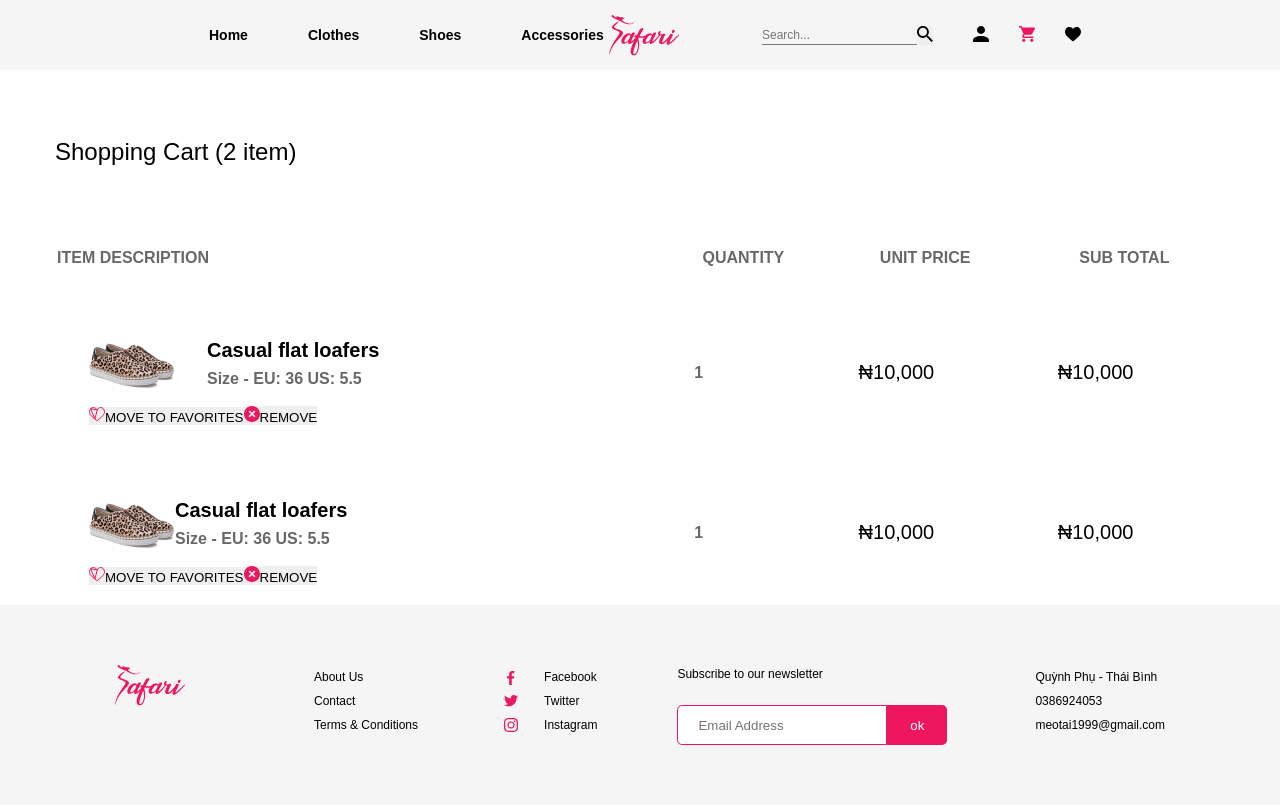
Repository: tboy1999/safari
Page: views/cart.html
The author's editor kept a copy of each file at every save. The page is drawn from the files as they stood at one save, then again after the next save.
The browser window is 1280 px wide. The pictures show the whole page.
Some web libraries are served in a nearby version. The style sheet was rebuilt from its Sass, Less or Tailwind sources for each picture, by a compiler version that may differ from the author's.

Above is the page before, as saved 2022-04-28 13:44:14.

### views/cart.html
<!DOCTYPE html>
<html lang="en">
<head>
  <meta charset="UTF-8">
  <meta http-equiv="X-UA-Compatible" content="IE=edge">
  <meta name="viewport" content="width=device-width, initial-scale=1.0">
  <title>cart safari</title>
  <link rel="shortcut icon" href="./image/logo/Logo.svg" type="image/x-icon">
  <link rel="preconnect" href="https://fonts.googleapis.com">
  <link rel="preconnect" href="https://fonts.gstatic.com" crossorigin>
  <link rel="stylesheet" href="https://cdnjs.cloudflare.com/ajax/libs/font-awesome/6.1.1/css/all.min.css" integrity="sha512-KfkfwYDsLkIlwQp6LFnl8zNdLGxu9YAA1QvwINks4PhcElQSvqcyVLLD9aMhXd13uQjoXtEKNosOWaZqXgel0g==" crossorigin="anonymous" referrerpolicy="no-referrer" />
  <link rel="stylesheet" href="../css/grid.css">
  <link rel="stylesheet" href="../css/cart.css">
</head>
<body>
  <header id="header" class="header">
    <div class="container">
      <div class="header__container facenter">
        <ul class="header__list facenter fz14-fw600">
          <li class="header__item"><a href="../index.html" class="header__link">Home</a></li>
          <li class="header__item"><a href="./clothes.html" class="header__link">Clothes</a></li>
          <li class="header__item"><a href="./shoes.html" class="header__link">Shoes</a></li>
          <li class="header__item"><a href="./accessories.html" class="header__link">Accessories</a></li>
        </ul>
        <form class="header__search facenter">
          <input type="text" placeholder="Search..." class="fz12">
          <button type="submit"><img src="../image/header/search.svg" alt=""></button>
        </form>
        <div class="header__feature facenter">
          <a href="./user.html">
            <svg width="16" height="16" viewBox="0 0 16 16" fill="inherit" xmlns="http://www.w3.org/2000/svg">
            <path d="M8 0C9.06087 0 10.0783 0.421427 10.8284 1.17157C11.5786 1.92172 12 2.93913 12 4C12 5.06087 11.5786 6.07828 10.8284 6.82843C10.0783 7.57857 9.06087 8 8 8C6.93913 8 5.92172 7.57857 5.17157 6.82843C4.42143 6.07828 4 5.06087 4 4C4 2.93913 4.42143 1.92172 5.17157 1.17157C5.92172 0.421427 6.93913 0 8 0ZM8 10C12.42 10 16 11.79 16 14V16H0V14C0 11.79 3.58 10 8 10Z"/>
            </svg>
          </a>
          <a href="#" class="header__feature--active">
            <svg width="16" height="16" viewBox="0 0 16 16" fill="inherit" xmlns="http://www.w3.org/2000/svg">
              <path d="M12.8 12.8C11.912 12.8 11.2 13.512 11.2 14.4C11.2 14.8243 11.3686 15.2313 11.6686 15.5314C11.9687 15.8314 12.3757 16 12.8 16C13.2243 16 13.6313 15.8314 13.9314 15.5314C14.2314 15.2313 14.4 14.8243 14.4 14.4C14.4 13.9757 14.2314 13.5687 13.9314 13.2686C13.6313 12.9686 13.2243 12.8 12.8 12.8ZM0 0V1.6H1.6L4.48 7.672L3.392 9.632C3.272 9.856 3.2 10.12 3.2 10.4C3.2 10.8243 3.36857 11.2313 3.66863 11.5314C3.96869 11.8314 4.37565 12 4.8 12H14.4V10.4H5.136C5.08296 10.4 5.03209 10.3789 4.99458 10.3414C4.95707 10.3039 4.936 10.253 4.936 10.2C4.936 10.16 4.944 10.128 4.96 10.104L5.68 8.8H11.64C12.24 8.8 12.768 8.464 13.04 7.976L15.904 2.8C15.96 2.672 16 2.536 16 2.4C16 2.18783 15.9157 1.98434 15.7657 1.83431C15.6157 1.68429 15.4122 1.6 15.2 1.6H3.368L2.616 0H0ZM4.8 12.8C3.912 12.8 3.2 13.512 3.2 14.4C3.2 14.8243 3.36857 15.2313 3.66863 15.5314C3.96869 15.8314 4.37565 16 4.8 16C5.22435 16 5.63131 15.8314 5.93137 15.5314C6.23143 15.2313 6.4 14.8243 6.4 14.4C6.4 13.9757 6.23143 13.5687 5.93137 13.2686C5.63131 12.9686 5.22435 12.8 4.8 12.8Z"/>
            </svg>
          </a>
          <a href="#">
            <svg width="16" height="15" viewBox="0 0 16 15" fill="inherit"
            xmlns="http://www.w3.org/2000/svg">
              <path d="M14.7307 1.39307C13.9025 0.494751 12.766 0 11.5304 0C10.6068 0 9.76099 0.291992 9.01636 0.867798C8.64062 1.15845 8.30017 1.51404 8 1.92908C7.69995 1.51416 7.35938 1.15845 6.98352 0.867798C6.23901 0.291992 5.39319 0 4.4696 0C3.23401 0 2.09741 0.494751 1.26917 1.39307C0.450806 2.28088 0 3.49377 0 4.80847C0 6.16162 0.504272 7.40027 1.58691 8.70667C2.55542 9.87524 3.94739 11.0615 5.55933 12.4352C6.10974 12.9043 6.73364 13.436 7.38147 14.0024C7.55261 14.1523 7.77222 14.2349 8 14.2349C8.22766 14.2349 8.44739 14.1523 8.61829 14.0027C9.26611 13.4362 9.89038 12.9042 10.441 12.4348C12.0527 11.0614 13.4447 9.87524 14.4132 8.70654C15.4958 7.40027 16 6.16162 16 4.80835C16 3.49377 15.5492 2.28088 14.7307 1.39307Z"/>
            </svg>
          </a>
        </div>
        <div class="header__logo">
          <a href="../index.html"><img src="../image/logo/Logo.svg" alt=""></a>
        </div>
      </div>
    </div>
  </header>

  <main id="cart" class="cart">
    <div class="container">
      <h1 class="cart__heading fz24">Shopping Cart (2 item)</h1>
      <table>
        <thead class="fz16">
          <tr>
            <th>ITEM DESCRIPTION</th>
            <th>QUANTITY</th>
            <th>UNIT PRICE</th>
            <th>SUB TOTAL</th>
          </tr>
        </thead>
        <tbody>
          <tr>
            <td>
              <div class="cart__product facenter gap32">
                <img src="../image/cart/cart1.jpg" alt="" class="cart__img">
                <div class="cart__info">
                  <h3 class="fz20-fw600">Casual flat loafers</h3>
                  <p class="fz16">Size - EU: 36 US: 5.5</p>
                </div>
              </div>
              <div class="cart__btn facenter">
                <button><img src="../image/cart/heart-cart.svg" alt="">MOVE TO FAVORITES</button>
                <button><img src="../image/cart/remove-cart.svg" alt="">REMOVE</button>
              </div>
            </td>
            <td class="fz16">1</td>
            <td class="fz20">₦10,000</td>
            <td class="fz20">₦10,000</td>
          </tr>
          <tr>
            <td>
              <div class="cart__product facenter">
                <img src="../image/cart/cart1.jpg" alt="" class="cart__img">
                <div class="cart__info">
                  <h3 class="fz20-fw600">Casual flat loafers</h3>
                  <p class="fz16">Size - EU: 36 US: 5.5</p>
                </div>
              </div>
              <div class="cart__btn facenter">
                <button><img src="../image/cart/heart-cart.svg" alt="">MOVE TO FAVORITES</button>
                <button><img src="../image/cart/remove-cart.svg" alt="">REMOVE</button>
              </div>
            </td>
            <td class="fz16">1</td>
            <td class="fz20">₦10,000</td>
            <td class="fz20">₦10,000</td>
          </tr>
        </tbody>
      </table>
    </div>
  </main>
  <footer class="footer">
    <div class="container">
      <div class="footer__container d-flex fz12">
        <div class="footer__logo">
          <a href="../index.html"><img src="../image/logo/Logo.svg" alt=""></a>
        </div>
        <div class="footer__body d-flex gap80">
          <ul class="footer__pages">
            <li class="footer__item fz12"><a href="#">About Us</a></li>
            <li class="footer__item fz12"><a href="#">Contact</a></li>
            <li class="footer__item fz12"><a href="#">Terms & Conditions</a></li>
          </ul>
          <ul class="footer__networks">
            <li class="footer__item facenter gap20">
              <div class="footer__icon flex-center">
                <a href="#" class="facenter"><img src="../image/footer/fb.svg" alt=""></a>
              </div>
              <p><a href="#">Facebook</a></p>
            </li>
            <li class="footer__item facenter gap20">
              <div class="footer__icon flex-center">
                <a href="#" class="facenter"><img src="../image/footer/twitter.svg" alt=""></a>
              </div>
              <p><a href="#">Twitter</a></p>
            </li>
            <li class="footer__item facenter gap20">
              <div class="footer__icon flex-center">
                <a href="#" class="facenter"><img src="../image/footer/instagram.svg" alt=""></a>
              </div>
              <p><a href="#">Instagram</a></p>
            </li>
          </ul>
          <div class="footer__input">
            <p>Subscribe to our newsletter</p>
            <form action="" class="facenter footer__form">
              <input type="text" placeholder="Email Address">
              <button type="submit">ok</button>
            </form>
          </div>
        </div>
        <div class="footer__info">
          <p>Quỳnh Phụ - Thái Bình</p>
          <p>0386924053</p>
          <p>meotai1999@gmail.com</p>
        </div>
      </div>
    </div>
  </footer>
</body>
</html>

### scss/cart.scss
@import 'reset';
@import 'variable';
@import 'global';
@import 'alike';
@import 'header';
@import 'footer';

.cart {
  margin-top: 134px;
  &__heading {
    margin-bottom: 78px;
  }
  table {
    width: 100%;
    thead {
      th {
        padding-bottom: 16px;
      }
      th:first-child {
        width: 52%;
        text-align: left;
      }
      th:nth-child(2) {
        width: 14%
      }
      th:nth-child(3),
      th:nth-child(4) {
        width: 17%
      }
    }
    tbody {
      td {
        padding: 35px 0 18px 32px
      }
    }
  }
  &__img {
    width: 86px;
    height: 86px;
    object-fit: cover;
  }
  &__info {
    h3 {
      margin-bottom: 8px;
    }
  }
}

### scss/_reset.scss
* {
  padding: 0;
  margin: 0;
  box-sizing: border-box;
}

html:focus-within {
  scroll-behavior: smooth;
}

a,
button {
  display: block;
  outline: none;
  border: none;
  text-decoration: none;
  color: inherit;
  cursor: pointer;
}

input {
  outline: none;
}

ul {
  list-style-type: none;
}

// img {
//   width: 100%;
//   height: 100%;
//   object-fit: cover;
// }

### scss/_variable.scss
$text-color: #686868;
$primary-color: #ED165F;

$header-background-color: #F5F5F5;
$footer-background-color: #F5F5F5;

### scss/_global.scss
html {
  font-size: 10px;
  line-height: 1;
  scroll-behavior: smooth !important;
}

body {
  font-family: 'Mulish', sans-serif;
}

body .auto-top {
  display: none;
  position: fixed;
  right: 50px;
  top: 50%;
  width: 60px;
  height: 50px;
  border: 1px solid #000000;
  border-radius: 5px;
  animation: autoTop 2s ease-in-out;
  animation-iteration-count: infinite;
}
@keyframes autoTop {
  from {
    transform: translateY(0)
  }
  to {
    transform: translateY(-20px)
  }
}

.facenter {
  display: flex;
  align-items: center;
}

.facb {
  display:flex;
  justify-content: space-between;
  align-items: center;
}

.flex-center {
  display: flex;
  justify-content: center;
  align-items: center;
}

.d-flex {
  display: flex;
  flex-wrap: wrap;
}

.flex-column {
  display: flex;
  flex-direction: column;
}

.gap64 {
  gap: 64px 0
}

.gap80 {
  gap: 0 80px
}

.gap32 {
  gap: 32px
}

.gap20 {
  gap: 0 20px
}

.gap16 {
  gap: 16px
}
.gap8 {
  gap: 8px
}

### scss/_alike.scss
.fz40 {
  font-weight: 700;
  font-size: 4rem;
  line-height: calc(24/40);
}

.fz30 {
  font-weight: 600;
  font-size: 30px;
}


.fz24 {
  font-weight: 400;
  font-size: 2.4rem;
  line-height: calc(35/24);
}

.fz20 {
  font-weight: 400;
  font-size: 2rem;
  line-height: calc(23/20);
  &-fw800 {
    font-weight: 800;
    font-size: 2rem;
    line-height: calc(23/20);
  }
  &-fw600 {
    font-weight: 600;
    font-size: 2rem;
    line-height: calc(23/20);
  }
}

.fz18 {
  font-weight: 800;
  font-size: 1.8rem;
  line-height: calc(24/18);
}

.fz16 {
  font-weight: 600;
  font-size: 1.6rem;
  line-height: calc(18/16);
  color: $text-color;
}

.fz14 {
  font-weight: 400;
  font-size: 1.4rem;
  line-height: calc(18/14);
  &-fw600 {
    font-weight: 600;
    font-size: 1.4rem;
    line-height: calc(18/14);
  }
}

.fz12 {
  font-weight: 400;
  font-size: 1.2rem;
  line-height: calc(18/12);
}

.fz10 {
  font-weight: 700;
  font-size: 1rem;
  line-height: calc(18/10);
}

### scss/_header.scss
.header {
  position: fixed;
  top: 0;
  left: 0;
  right: 0;
  z-index: 99999;
  background-color: $header-background-color;
  &__container {
    height: 70px;
    padding: 0 144px;
  }
  &__list {
    gap: 0 40px;
    flex: 1
  }
  &__search {
    input {
      border:none;
      border-bottom: 1px solid rgba(0, 0, 0, 0.5);
      color: rgba(0, 0, 0, 0.5);
      background-color: inherit;
    }
  }
  &__link {
    padding: 6px 10px;
    transition: all 0.2s linear;
    position: relative;
    &::after {
      content: "";
      position: absolute;
      width: 0;
      left: auto;
      right: 0;
      bottom: 0;
      height: 1px;
      transition: all 0.2s linear;
      background-color: red;
    }
    &:hover {
      color: $primary-color;
      &::after {
        width: 100%;
        right: auto;
        left: 0
      }
    }
    &.header__item--active {
      color: $primary-color;
      font-weight: 800;
      &::after {
        width: 100%;
      }
    }
  }
  &__feature {
    gap: 0 30px;
    margin-left: 40px;
    .header__feature--active {
      fill: $primary-color;
    }
  }
  &__logo {
    position: absolute;
    left: 47.57%;
    right: 47.57%;
    top: 21.43%;
    bottom: 20.93%;
  }
}

### scss/_footer.scss
.footer {
  background-color: $footer-background-color;
  &__container {
    padding: 60px;
  }
  &__pages {
    margin-left: 129px;
    a {
      padding: 3px 0;
    }
  }
  &__networks {
    a {
      padding: 3px 0
    }
  }
  &__icon {
    width: 26px
  }
  &__body {
    flex: 1
  }
  &__form {
    margin-top: 22px;
    width: 270px;
    height: 40px;
    border-radius: 5px;
    input {
      border: 1px solid $primary-color;
      padding: 0 0 0 20px;
      height: inherit;
      flex: 1;
      border-top-left-radius: 5px;
      border-bottom-left-radius: 5px;
    }
    button {
      width: 60px;
      height: inherit;
      background-color: $primary-color;
      color: #fff;
      border-top-right-radius: 5px;
      border-bottom-right-radius: 5px;
    }
  }
  &__info {
    p {
      padding: 3px 0
    }
  }
}

Loaded but not shown: css/grid.css (721 lines, source omitted)

After the next save:
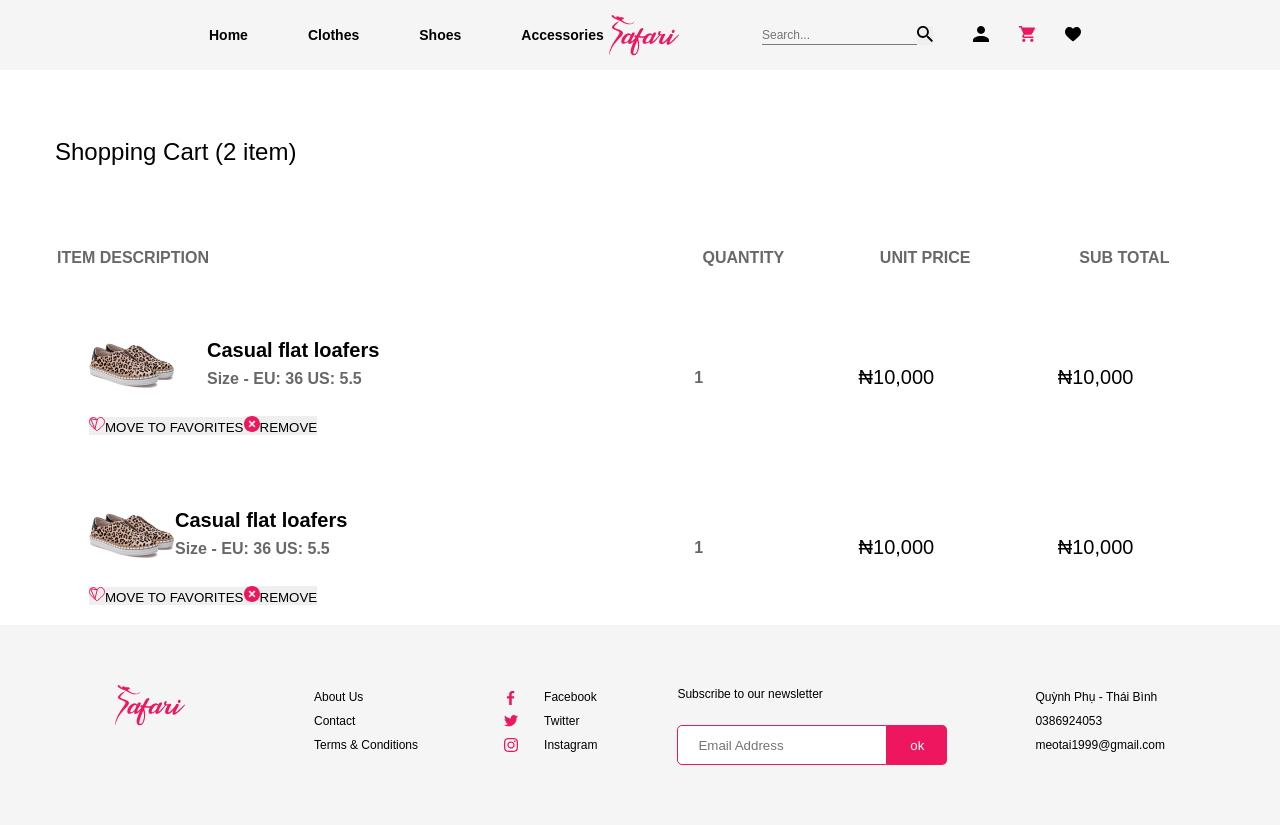
Saved 44 s later.
--- a/scss/cart.scss
+++ b/scss/cart.scss
@@ -44,4 +44,7 @@
       margin-bottom: 8px;
     }
   }
+  &__product {
+    margin-bottom: 10px;
+  }
 }
